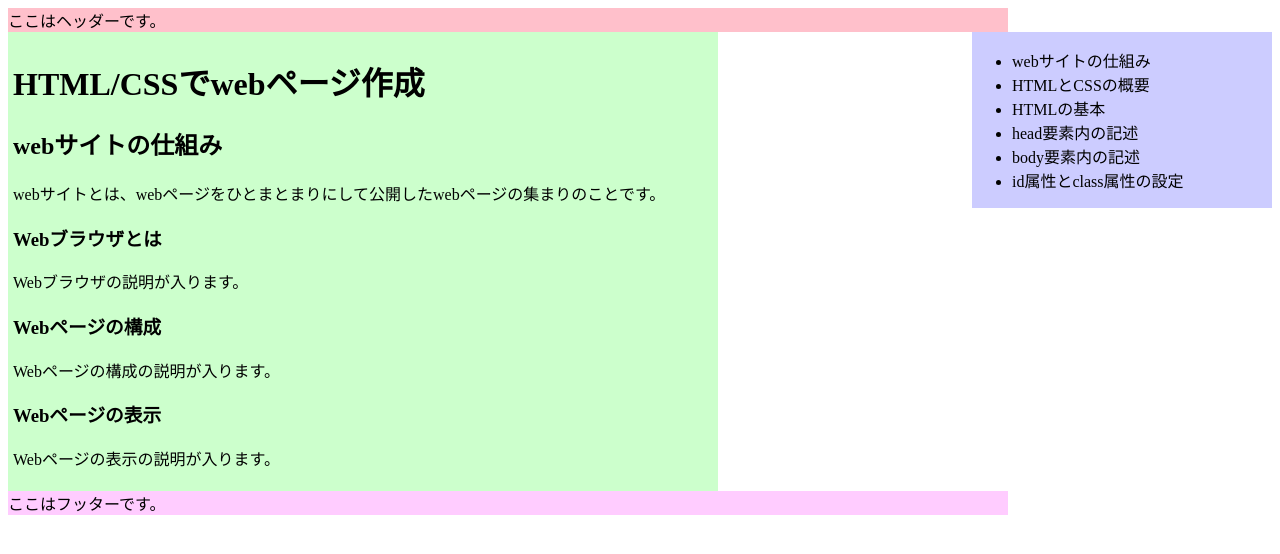
Repository: manueda/practice1
Page: kadai.html
The author's editor kept a record of every edit. The page is drawn from the files as they stood at one moment, then again after the next edit.
The browser window is 1280 px wide. The pictures show the whole page.

Above is the page before.

### kadai.html
<!DOCTYPE html>
<html lang="ja">
    <head>
        <meta charset="UTF-8">
        <link rel="stylesheet"
        href="kadai.css">
        <title>LESSON13</title>
    </head>
    <body>
        <header>ここはヘッダーです。
        </header>
            <div id="wrapper">
            <nav id="menu">
                <ul>
                    <li>webサイトの仕組み</li>
                    <li>HTMLとCSSの概要</li>
                    <li>HTMLの基本</li>
                    <li>head要素内の記述</li>
                    <li>body要素内の記述</li>
                    <li>id属性とclass属性の設定</li>

                </ul>
            </nav>
            <div id="main">
                    <h1>HTML/CSSでwebページ作成</h1>
                        <h2>webサイトの仕組み</h2>
                        webサイトとは、webページをひとまとまりにして公開したwebページの集まりのことです。
                        <h3>Webブラウザとは</h3>
                        Webブラウザの説明が入ります。
                        <h3>Webページの構成</h3>
                        <p>Webページの構成の説明が入ります。
                        </p>
                        <h3>Webページの表示</h3>
                        <p>Webページの表示の説明が入ります。
                        </p>
                </div>
             </div>
        <footer>ここはフッターです。
        </footer>
    </body>
</html>

### kadai.css
header {
    width: 1000px;
    margin: 0;
    background: pink;
}

#menu {
  width: 1000px;
}

#main {
    height: auto;
    width: 700px;
    padding: 5px;
    margin-top: 0;
    background: #ccffcc;
}

#menu {
  float: right;
  width: 300px;
  margin: 0;
  background: #ccccff;
}

footer {
    width: 1000px;
    margin: 0;
    background: #ffccff;
}

After the next edit:
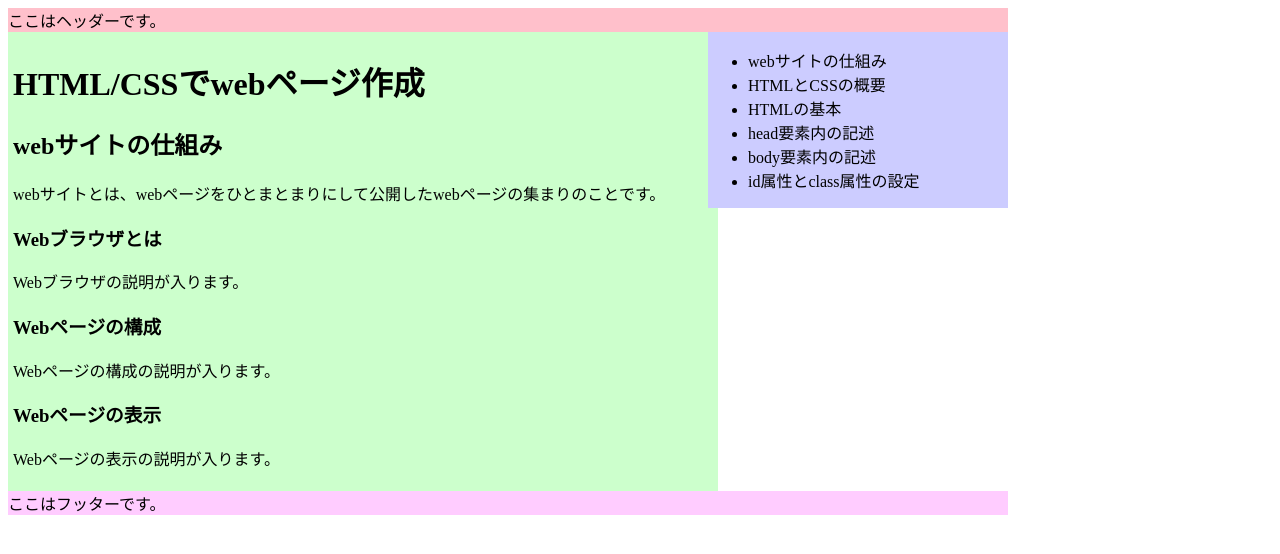
The edit:
--- a/kadai.css
+++ b/kadai.css
@@ -4,7 +4,7 @@
     background: pink;
 }
 
-#menu {
+#wrapper {
   width: 1000px;
 }
 
